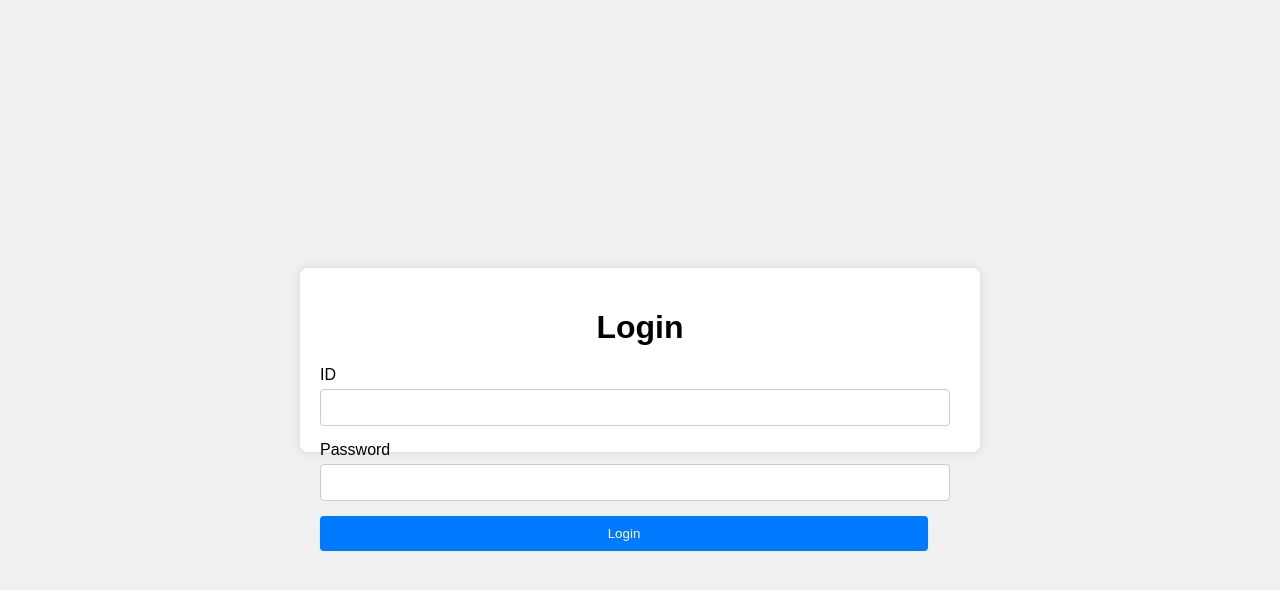
Repository: LifeIsRightward/WebServer
Page: http://localhost/JSPBook/Project/login.jsp
The author's editor kept a copy of each file at every save. The page is drawn from the files as they stood at one save, then again after the next save.
The browser window is 1280 px wide. The pictures show the whole page.
The page is served by Tomcat 9.

Above is the page before, as saved 2024-06-05 17:16:27.

After the next save:
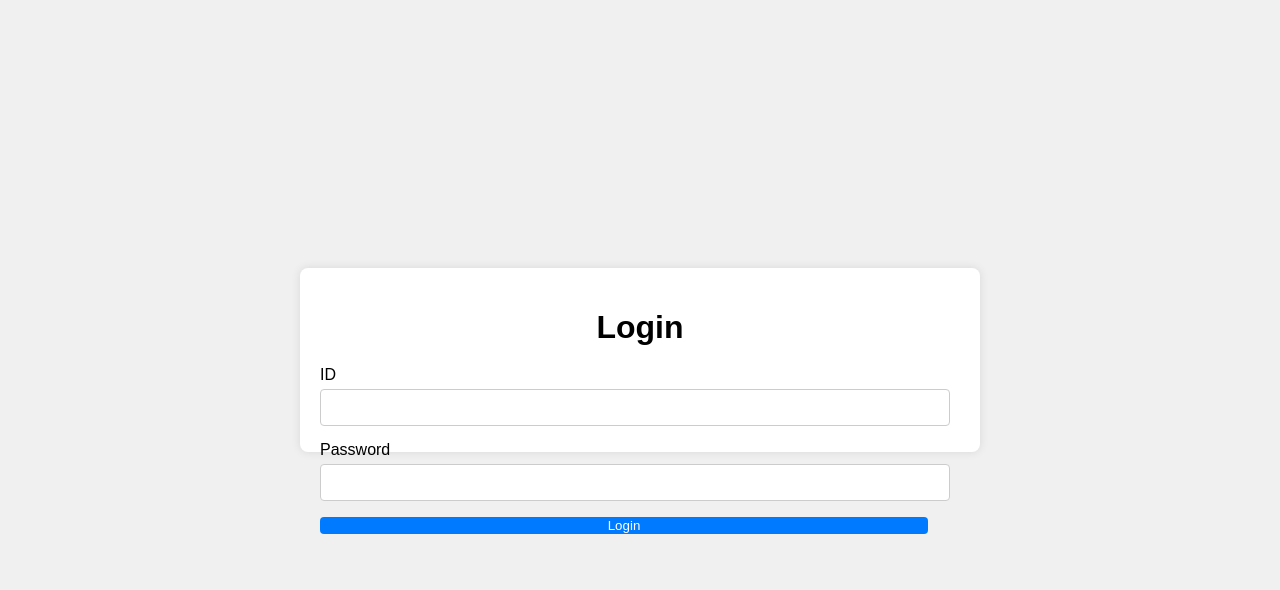
Saved 23 s later.
--- a/JSPBook/src/main/webapp/Project/css/login.css
+++ b/JSPBook/src/main/webapp/Project/css/login.css
@@ -39,7 +39,7 @@
 
 .login-container button {
 	width: 95%;
-    padding: 10px;
+    /*padding: 10px;*/
   	background-color: #007BFF;
 	border: none;
 	color: white;

After the save that followed:
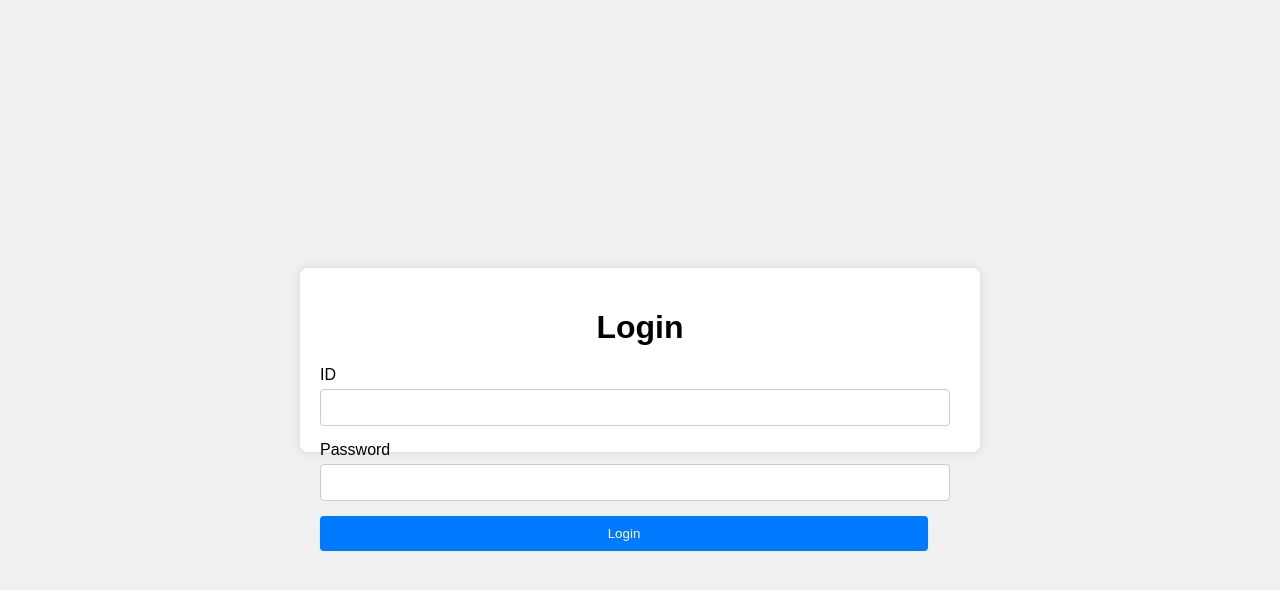
Saved 4 s later.
--- a/JSPBook/src/main/webapp/Project/css/login.css
+++ b/JSPBook/src/main/webapp/Project/css/login.css
@@ -39,7 +39,7 @@
 
 .login-container button {
 	width: 95%;
-    /*padding: 10px;*/
+    padding: 10px;
   	background-color: #007BFF;
 	border: none;
 	color: white;
